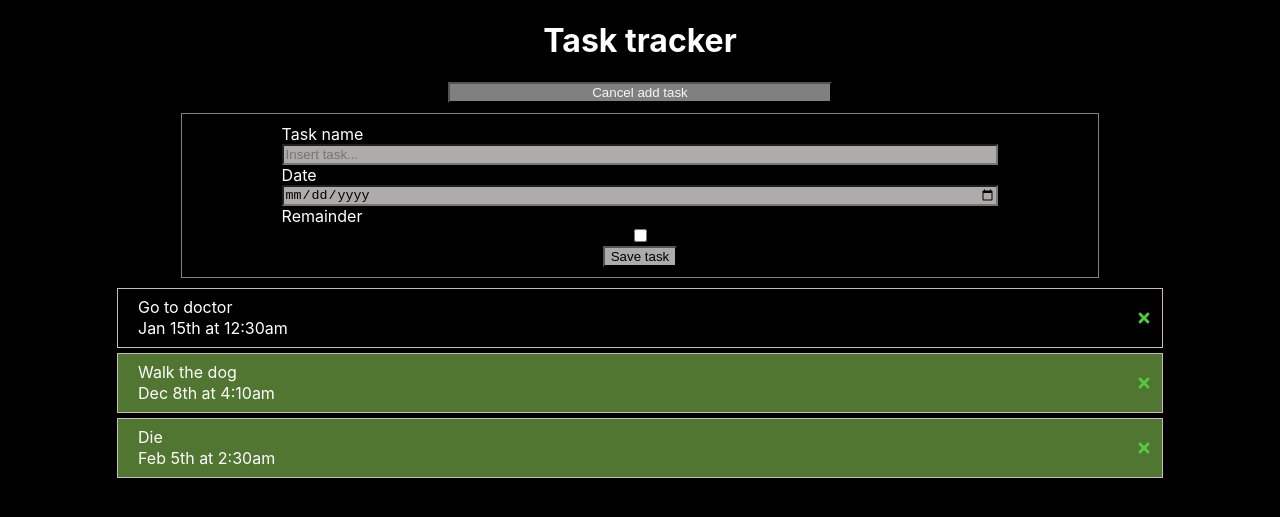
Repository: roscaImarius/task-tracker-react
Page: /, after clicking the first element matching `button.add-btn`
An editor plug-in stored every save of this project. The page is shown before and after a run of saves, followed by the edit.
The browser window is 1280 px wide. The pictures show the whole page.
The project was rebuilt for these pictures with package versions that can differ from the ones it lists, and the page was loaded fresh each time.

Above is the page before, as saved 2021-03-31 13:03:38.

### src/App.js
import "./App.css";
import Header from "./components/Header";
import React, { useState } from "react";

function App() {
  const [showAdd, setShowAdd] = useState(false);
  const [tasks, setTasks] = useState([
    {
      id: 1,
      text: "Go to doctor",
      day: "Jan 15th at 12:30am",
      reminder: false,
    },
    {
      id: 2,
      text: "Walk the dog",
      day: "Dec 8th at 4:10am",
      reminder: true,
    },
    {
      id: 3,
      text: "Die",
      day: "Feb 5th at 2:30am",
      reminder: true,
    },
  ]);

  // show add form
  const onClickAdd = () => {
    setShowAdd(!showAdd);
  };

  // save task
  const onSaveTask = (task) => {
    let randId = new Date().getTime();
    const newTask = { id: randId, ...task };
    console.log(newTask);
    setTasks([...tasks, newTask]);
    setShowAdd(false);
  };

  //delete task
  const onDelete = (id) => {
    setTasks(tasks.filter((t) => t.id !== id));
  };
  // Mark task
  const onDubleClick = (id) => {
    setTasks(
      tasks.map((task) =>
        task.id === id ? { ...task, reminder: !task.reminder } : task
      )
    );
  };
  return (
    <div className="App">
      <Header
        showAdd={showAdd}
        setShowAdd={setShowAdd}
        title={"Task tracker"}
        onDelete={onDelete}
        onSaveTask={onSaveTask}
        onClickAdd={onClickAdd}
        onDubleClick={onDubleClick}
        tasks={tasks}
      />
      {tasks.length === 0 ? <p>No tasks to show</p> : null}
    </div>
  );
}

export default App;

### src/App.css
.App {
  text-align: center;
}
body {
  background-color: black;
  color: white;
}

/* HEADER */
.header-container {
  display: flex;
  flex-direction: column;
}
.add-btn {
  background-color: black;
  color: aliceblue;
  margin: auto;
  width: 30%;
}
.task {
  display: flex;
  justify-content: space-between;
  padding-left: 20px;
  margin: auto;
  line-height: 5px;
  margin-bottom: 5px;
  border: 1px solid rgb(204, 186, 186);
  width: 80%;
  text-align: start;
}
.x {
  margin-right: 10px;
  color: rgb(82, 201, 67);
  margin: auto 5px;
  cursor: pointer;
  padding: 5px;
}
.marked {
  background-color: rgba(161, 236, 100, 0.5);
}
/* FORM */
.form-field {
  margin: 0 auto;
  display: flex;
  flex-direction: column;
  text-align: start;
  width: 80%;
  box-sizing: border-box;
}
.form-container {
  margin: auto;
  width: 70%;
  display: inline-block;
  padding: 10px;
  border: 1px solid gray;
  margin-bottom: 10px;
}
.saveTask {
  background-color: rgb(173, 170, 170);
}
input {
  background-color: rgb(175, 171, 171);
}

### src/components/Header.js
import React from "react";
import PropTypes from "prop-types";
import Tasks from "./Tasks";
import Button from "./Button";
import AddTask from "./AddTask";

const Header = ({
  title,
  onClickAdd,
  onDelete,
  onSaveTask,
  onDubleClick,
  tasks,
  showAdd,
  setShowAdd,
}) => {
  return (
    <header className="header-container">
      <h1>{title}</h1>
      <Button
        onClick={onClickAdd}
        showAdd={showAdd}
        setShowAdd={setShowAdd}
        // color="yellow"
      />
      {showAdd && <AddTask onSaveTask={onSaveTask} />}
      <Tasks onDelete={onDelete} onDubleClick={onDubleClick} tasks={tasks} />
    </header>
  );
};

Header.defaultProps = {
  title: "Task tracker",
};

Header.propTypes = {
  title: PropTypes.string.isRequired,
};

export default Header;

### src/components/Tasks.js
import React from "react";
import Task from "./Task";

const Tasks = ({ tasks, onDubleClick, onDelete }) => {
  return (
    <div>
      {tasks.map((t) => (
        <Task
          key={t.id}
          onDubleClick={onDubleClick}
          onDelete={onDelete}
          t={t}
        />
      ))}
    </div>
  );
};

export default Tasks;

### src/components/Button.js
import React from "react";

const Button = ({ color, showAdd, onClick }) => {
  return (
    <button
      onClick={onClick}
      style={{ backgroundColor: color, marginBottom: "10px" }}
      className="add-btn"
    >
      {showAdd ? "Cancel add task " : "Add task"}
    </button>
  );
};
Button.defaultProps = {
  color: "gray",
};

export default Button;

### src/components/AddTask.js
import React, { useState } from "react";

const AddTask = ({ onSaveTask }) => {
  const [text, setText] = useState("");
  const [date, setDate] = useState("");
  const [remainder, setRemainder] = useState(false);
  const [textAdded, setTextAdded] = useState(true);

  const onSubmit = (e) => {
    e.preventDefault();
    if (!text) {
      setTextAdded(false);
      return;
    }

    onSaveTask({ text, date, remainder });

    setText("");
    setDate("");
    setRemainder(false);
  };

  //   console.log(text, date, remainder);
  return (
    <form className="form-container" onSubmit={onSubmit}>
      <div className="form-field">
        <label htmlFor="text">Task name</label>
        <input
          type="text"
          value={text}
          id="text"
          placeholder="Insert task..."
          onChange={(e) => {
            setTextAdded(true);
            setText(e.target.value);
          }}
        />
        {!textAdded ? <p>* Required!</p> : ""}
      </div>
      <div className="form-field">
        <label htmlFor="date">Date</label>
        <input
          type="date"
          id="date"
          value={date}
          onChange={(e) => setDate(e.target.value)}
        />
      </div>
      <div className="form-field">
        <label htmlFor="remainder">Remainder</label>
        <input
          type="checkbox"
          id="remainder"
          checked={remainder}
          onChange={(e) => setRemainder(e.currentTarget.checked)}
        />
      </div>
      <input className="saveTask" type="submit" value="Save task" />
    </form>
  );
};

export default AddTask;

### src/components/Task.js
import React from "react";
import { FaTimes } from "react-icons/fa";

const Task = ({ t, onDubleClick, onDelete }) => {
  return (
    <div
      onDoubleClick={() => onDubleClick(t.id)}
      className={t.reminder ? "marked task" : "task"}
    >
      <div>
        <p>{t.text}</p>
        <p>{t.day}</p>
      </div>
      <FaTimes className="x" onClick={() => onDelete(t.id)} />
    </div>
  );
};

export default Task;

Loaded but not shown: public/index.html (common file); src/index.js (common file); src/index.css (common file); src/reportWebVitals.js (common file)

After the next 2 saves:
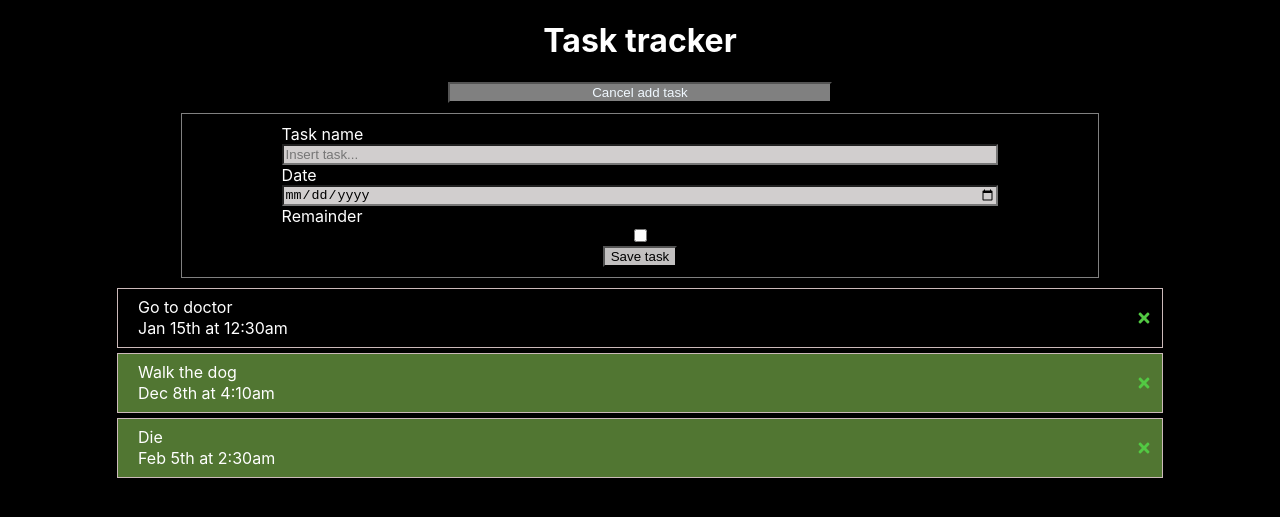
The 2 saves are shown as one change because they came seconds apart.
The last was saved 8 s later.
--- a/src/App.css
+++ b/src/App.css
@@ -56,8 +56,8 @@ body {
   margin-bottom: 10px;
 }
 .saveTask {
-  background-color: rgb(173, 170, 170);
+  background-color: rgb(194, 192, 192);
 }
 input {
-  background-color: rgb(175, 171, 171);
+  background-color: rgb(209, 206, 206);
 }
